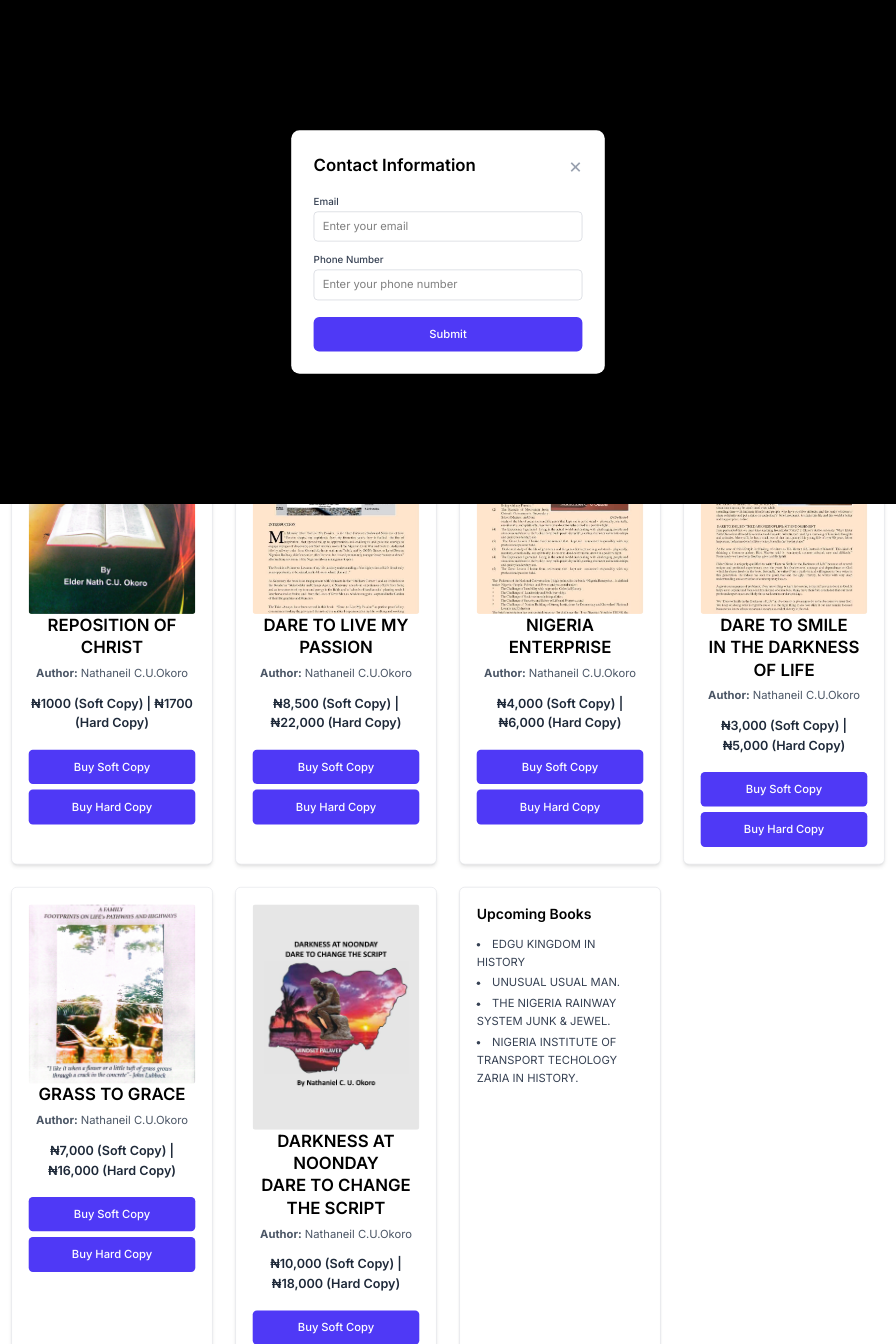
Repository: Rickyy1017/online-bookstore
Page: / (app in frontend/)
The author's editor kept a copy of each file at every save. The page is drawn from the files as they stood at one save, then again after the next save.
The browser window is 1280 px wide. The pictures show the part of the page from y = 0 to 1920 px (the page is 4488 px tall), at 70% of full size.
The project was rebuilt for these pictures with package versions that can differ from the ones it lists, and the page was loaded fresh each time. The framework's server and built-in components were replaced by stand-ins that run in the browser. Also part of the build but not shown: frontend/next.config.ts.

Above is the page before, as saved 2025-10-14 22:37:12.

After the next save:
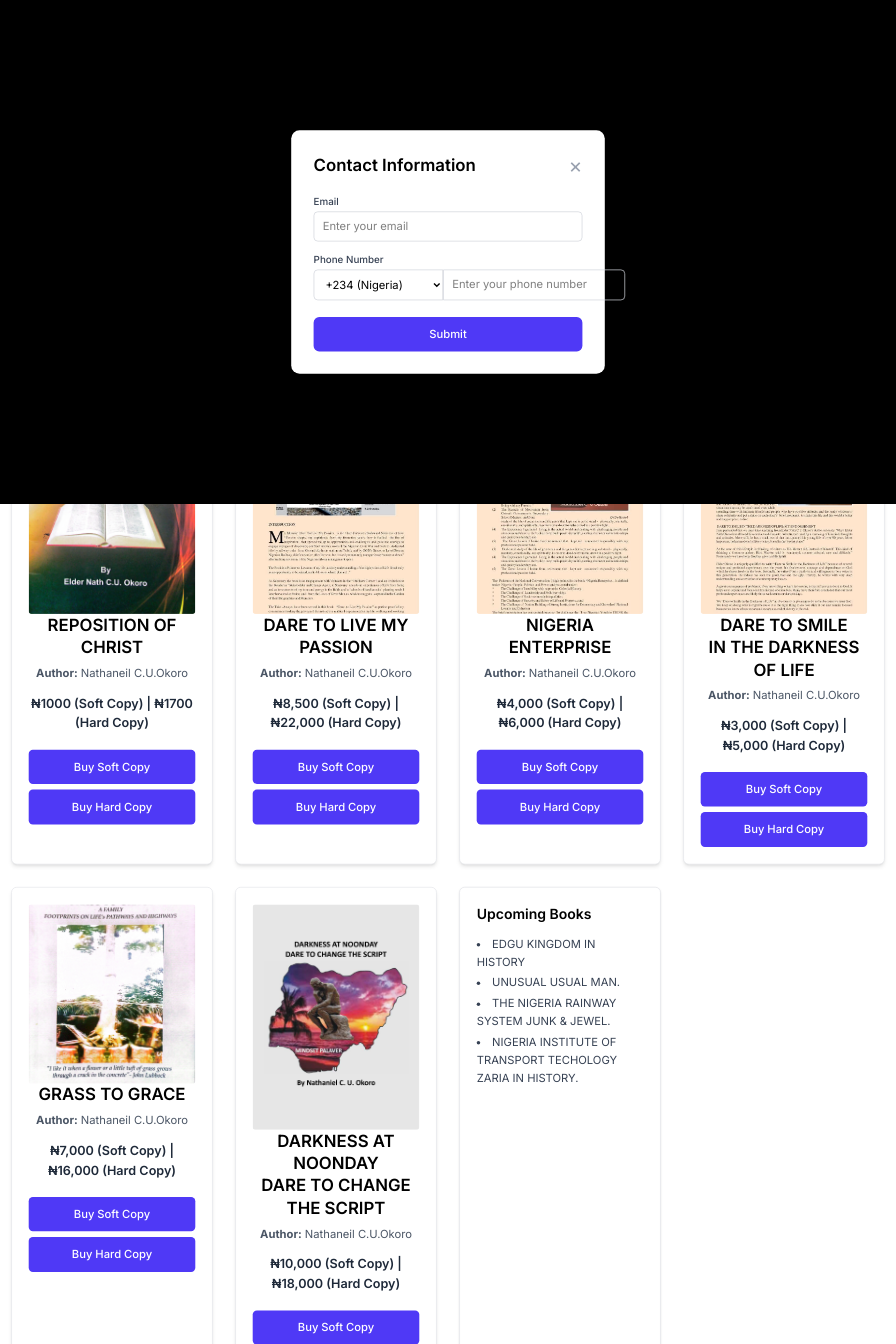
Saved 15 s later.
--- a/frontend/app/page.tsx
+++ b/frontend/app/page.tsx
@@ -286,13 +286,31 @@ export default function Page() {
               </div>
               <div>
                 <label className="block text-sm font-medium text-gray-700 mb-1">Phone Number</label>
-                <input
-                  type="tel"
-                  value={phone}
-                  onChange={(e) => setPhone(e.target.value)}
-                  className={`w-full px-3 py-2 border rounded-md focus:outline-none focus:ring-2 focus:ring-indigo-500 ${phoneError ? 'border-red-500' : 'border-gray-300'}`}
-                  placeholder="Enter your phone number"
-                />
+                <div className="flex">
+                  <select
+                    value={countryCode}
+                    onChange={(e) => setCountryCode(e.target.value)}
+                    className="px-3 py-2 border border-gray-300 rounded-l-md focus:outline-none focus:ring-2 focus:ring-indigo-500"
+                  >
+                    <option value="+234">+234 (Nigeria)</option>
+                    <option value="+1">+1 (USA)</option>
+                    <option value="+44">+44 (UK)</option>
+                    <option value="+91">+91 (India)</option>
+                    <option value="+33">+33 (France)</option>
+                    <option value="+49">+49 (Germany)</option>
+                    <option value="+81">+81 (Japan)</option>
+                    <option value="+86">+86 (China)</option>
+                    <option value="+55">+55 (Brazil)</option>
+                    <option value="+27">+27 (South Africa)</option>
+                  </select>
+                  <input
+                    type="tel"
+                    value={phone}
+                    onChange={(e) => setPhone(e.target.value)}
+                    className={`flex-1 px-3 py-2 border rounded-r-md focus:outline-none focus:ring-2 focus:ring-indigo-500 ${phoneError ? 'border-red-500' : 'border-gray-300'}`}
+                    placeholder="Enter your phone number"
+                  />
+                </div>
                 {phoneError && <p className="text-red-500 text-sm mt-1">{phoneError}</p>}
               </div>
             </div>
